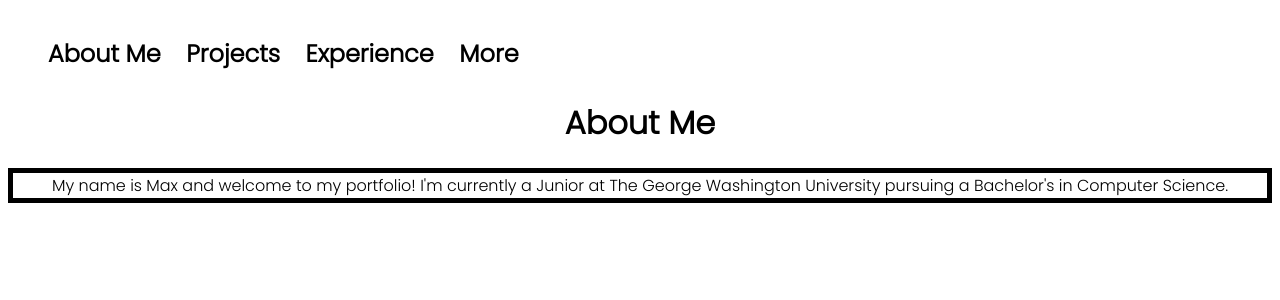
Repository: notMaximilian/maximilianaquino.github.io
Page: about.html
The author's editor kept a copy of each file at every save. The page is drawn from the files as they stood at one save, then again after the next save.
The browser window is 1280 px wide. The pictures show the whole page.

Above is the page before, as saved 2022-02-10 09:45:27.

### about.html
<!DOCTYPE html>
<html lang="en">

<head>
  <meta charset="UTF-8">
  <meta name="viewport" content="width=device-width, initial-scale=1, user-scaleable=no">
  <title>Max Aquino</title>
  <link rel="preconnect" href="https://fonts.googleapis.com">
  <link rel="preconnect" href="https://fonts.gstatic.com" crossorigin>
  <link href="https://fonts.googleapis.com/css2?family=Poppins:wght@300&display=swap" rel="stylesheet">
  <link rel="stylesheet" href="css/subpage.css">
</head>

<body>


      <div class="mainNav">
        <ul class = "navmenu">
          <li class = "navmenuItems"><h2 id="about">About Me</h2></li>
          <li class = "navmenuItems"><h2 id="projects">Projects</h2></li>
          <li class = "navmenuItems"><h2 id="experience">Experience</h2></li>
          <li class = "navmenuItems"><h2 id="more">More</h2></li>
        </ul>

      <br>
      <br>
      <br>
      <h1>About Me</h1>
      <p>My name is Max and welcome to my portfolio! I'm currently a Junior at
        The George Washington University pursuing a Bachelor's in Computer Science.

      </p>



  <!-- Maximilian Fade in and out -->

  <!-- <script src="js/game.js"></script> -->
</body>

</html>

### css/subpage.css
.corners{
    position: absolute;
    width: 16vw;
}

#cornerL{
    transform: translate(-35vw, 23vh);
}
#cornerR{
    transform: translate(35vw, 23vh);
}

#github{
    position: absolute;
    width: 7vw;
    transform: translate(32vw, 28vh);
}
#twitter{
    position: absolute;
    width: 7vw;
    transform: translate(-32vw, 30vh);
}

ul{
    list-style-type: none;
}
li{
    float: left;
    font-family: "Poppins", sans-serif;
    margin-right: 2vw;
}

h1{
    font-family: "Poppins", sans-serif;
    text-align: center;
    margin-top: 4vh;
}

p{
    font-family: "Poppins", sans-serif;
    text-align: center;
    border: 5px solid black;
}

After the next save:
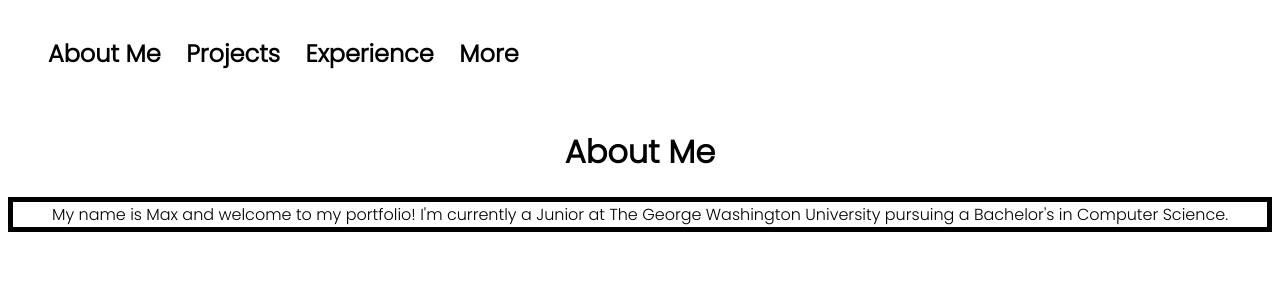
Saved 19 s later.
--- a/css/subpage.css
+++ b/css/subpage.css
@@ -33,7 +33,7 @@ li{
 h1{
     font-family: "Poppins", sans-serif;
     text-align: center;
-    margin-top: 4vh;
+    margin-top: 8vh;
 }
 
 p{
